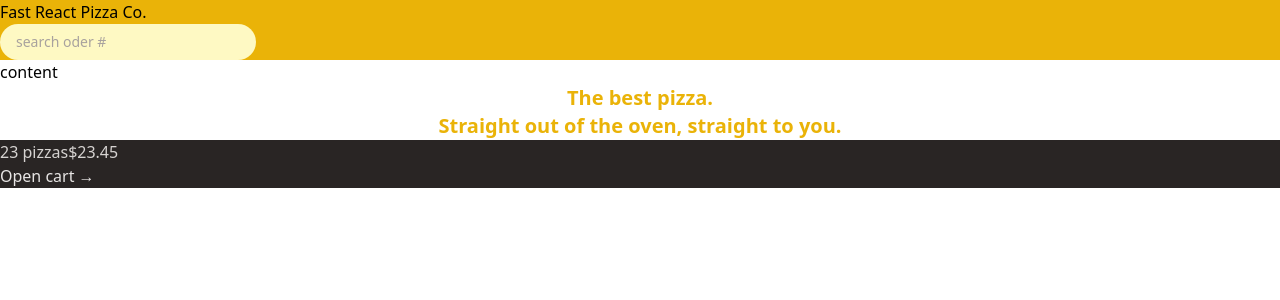
Repository: ayakhaled0001/pizza-delivery
Page: /
These files come from the project's save history. The page is drawn as it stood at one moment and after the next save; the edit follows.
The browser window is 1280 px wide. The pictures show the whole page.
The project was rebuilt for these pictures with package versions that can differ from the ones it lists, and the page was loaded fresh each time. Also part of the build but not shown: vite.config.js, src/services/apiRestaurant.jsx, src/utilities/helpers.jsx, src/features/menu/MenuItem.jsx, src/features/menu/Menu.jsx, src/features/cart/Cart.jsx, src/features/order/Order.jsx, src/ui/Loader.jsx and 1 more. Imported but missing from the stored project, and not drawn on this page: src/features/order/CreateOrder.

Above is the page before, as saved 2025-05-01 02:11:05.

### src/App.jsx
import { createBrowserRouter, RouterProvider } from "react-router-dom";
import Home from "./ui/Home";
import Menu, { loader as menuLoader } from "./features/menu/Menu";
import Cart from "./features/cart/Cart";
import CreateOrder, {
  action as CreateOrderAction,
} from "./features/order/CreateOrder";
import Order, { loader as orderLoader } from "./features/order/Order";
import AppLayout from "./ui/AppLayout";
import Error from "./ui/Error";
const router = createBrowserRouter([
  {
    element: <AppLayout />,
    children: [
      { path: "/", element: <Home /> },
      {
        path: "/menu",
        element: <Menu />,
        loader: menuLoader,
        errorElement: <Error />,
      },
      { path: "/cart", element: <Cart /> },
      {
        path: "/order/new",
        element: <CreateOrder />,
        action: CreateOrderAction,
      },
      {
        path: "/order/:orderId",
        element: <Order />,
        loader: orderLoader,
        errorElement: <Error />,
      },
    ],
  },
]);
function App() {
  return <RouterProvider router={router} />;
}

export default App;

### src/ui/Home.jsx
function Home() {
  return (
    <div>
      <h1 className="text-xl text-yellow-500 font-semibold text-center">
        The best pizza.
        <br />
        Straight out of the oven, straight to you.
      </h1>
    </div>
  );
}

export default Home;

### src/ui/AppLayout.jsx
import Header from "./Header";
import CartOverview from "../features/cart/CartOverview";
import { Outlet, useNavigation } from "react-router-dom";
import Loader from "./Loader";

function AppLayout() {
  const navigation = useNavigation();
  const isLoading = navigation.state === "loading";
  console.log(navigation.state);
  return (
    <div className="layout">
      {isLoading && <Loader />}
      <Header />
      <main>
        <p>content</p>
        <Outlet />
      </main>
      <CartOverview />
    </div>
  );
}

export default AppLayout;

### src/ui/Header.jsx
import { Link } from "react-router-dom";
import SearchOrder from "../features/order/SearchOrder.jsx";

function Header() {
  return (
    <header className="bg-yellow-500">
      <Link to="/">Fast React Pizza Co.</Link>
      <SearchOrder />
    </header>
  );
}

export default Header;

### src/features/order/SearchOrder.jsx
import { useState } from "react";
import { useNavigate } from "react-router-dom";

function SearchOrder() {
  const [query, setQuery] = useState("");
  const navigate = useNavigate();
  function handleSubmit(e) {
    e.preventDefault();
    if (!query) return;
    navigate(`/order/${query}`);
    setQuery("");
  }
  return (
    <form onSubmit={handleSubmit}>
      <input
        placeholder="search oder #"
        value={query}
        onChange={(e) => setQuery(e.target.value)}
        className="duration-300 sm:w-64 focus:outline-none focus:ring
         focus:ring-yellow-500 focus:ring-opacity-50  sm:focus:w-72 transition-all w-28
         bg-yellow-100 rounded-full px-4 py-2 text-sm placeholder:text-stone-400"
      />
    </form>
  );
}

export default SearchOrder;

Loaded but not shown: index.html (common file); src/main.jsx (common file); src/index.css (common file); src/features/cart/CartOverview.jsx (common file); tailwind.config.js (common file)

After the next save:
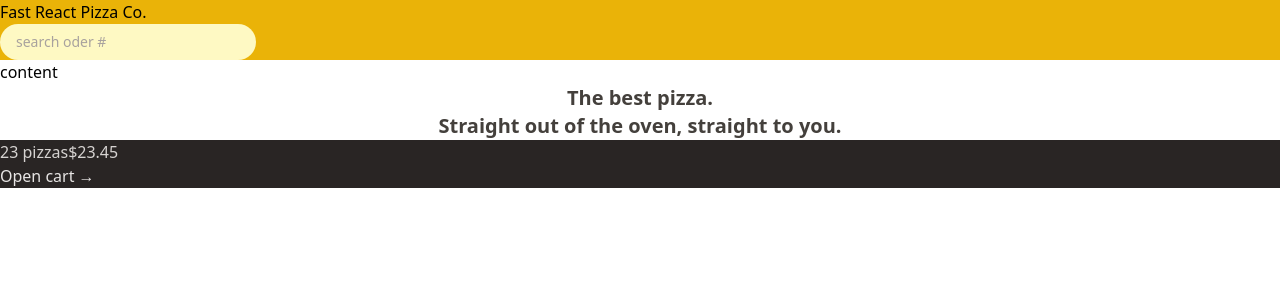
Saved 30 s later.
--- a/src/ui/Home.jsx
+++ b/src/ui/Home.jsx
@@ -1,7 +1,7 @@
 function Home() {
   return (
     <div>
-      <h1 className="text-xl text-yellow-500 font-semibold text-center">
+      <h1 className="text-xl text-stone-700 font-semibold text-center">
         The best pizza.
         <br />
         Straight out of the oven, straight to you.
